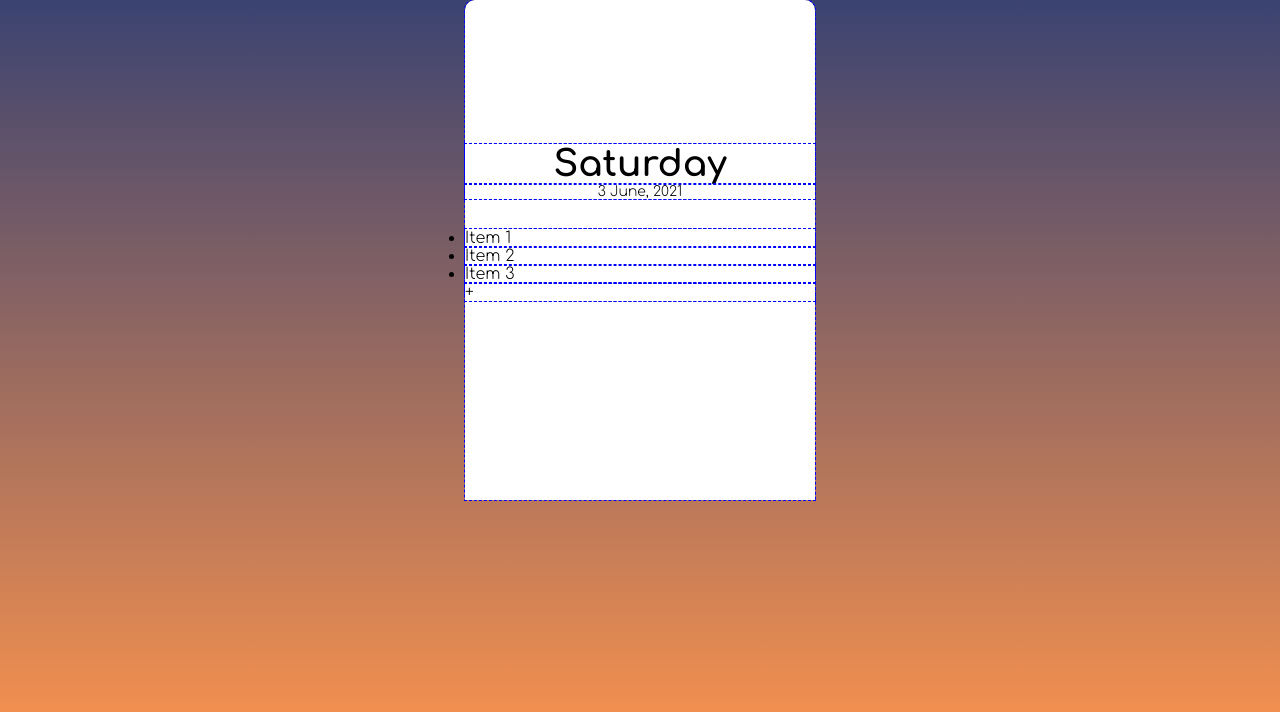
Repository: Colo-Codes/mini-projects
Page: todo-app/index.html
The author's editor kept a copy of each file at every save. The page is drawn from the files as they stood at one save, then again after the next save.
The browser window is 1280 px wide. The pictures show the whole page.

Above is the page before, as saved 2021-07-04 11:11:32.

### todo-app/index.html
<!DOCTYPE html>
<html lang="en">
    <head>
        <meta charset="UTF-8" />
        <meta http-equiv="X-UA-Compatible" content="IE=edge" />
        <meta name="viewport" content="width=device-width, initial-scale=1.0" />
        <link rel="stylesheet" href="./css/index.css" />
        <title>Mini-Project - ToDo app</title>
    </head>
    <body>
        <div class="changing-background">
            <main class="todo">
                <section id="todo--header">
                    <header>Saturday</header>
                    <p>3 June, 2021</p>
                </section>
                <section id="todo--tasks-list">
                    <ul>
                        <li class="todo--tasks-list--item">Item 1</li>
                        <li class="todo--tasks-list--item">Item 2</li>
                        <li class="todo--tasks-list--item">Item 3</li>
                    </ul>
                </section>
                <section id="todo--footer">
                    <p>+</p>
                </section>
            </main>
        </div>
    </body>
</html>

### todo-app/css/index.css
@import url('https://fonts.googleapis.com/css2?family=Comfortaa:wght@300;700&display=swap');

/* Initial reset */

html {
    box-sizing: border-box;
    font-size: 16px;
}

*,
*:before,
*:after {
    box-sizing: inherit;
    margin: 0;
    padding: 0;
    outline: 1px dashed blue; /* Debugging purposes */
}

body {
    font-family: 'Comfortaa', cursive;
}

.changing-background {
    height: 100vh;
    background: #f3904f; /* fallback for old browsers */
    background: -webkit-linear-gradient(
        to bottom,
        #3b4371,
        #f3904f
    ); /* Chrome 10-25, Safari 5.1-6 */
    background: linear-gradient(
        to bottom,
        #3b4371,
        #f3904f
    ); /* W3C, IE 10+/ Edge, Firefox 16+, Chrome 26+, Opera 12+, Safari 7+ */
}

.todo {
    margin: auto;
    padding-top: 20vh;
    width: 350px;
    height: 500px;
    background-color: white;
    border-radius: 10px 10px 0 0;
}

#todo--header header {
    font-size: 2.25rem;
    font-weight: 700;
    text-align: center;
}

#todo--header p {
    font-size: 0.875rem;
    text-align: center;
}

#todo--tasks-list {
    margin-top: 1.875rem;
}

After the next save:
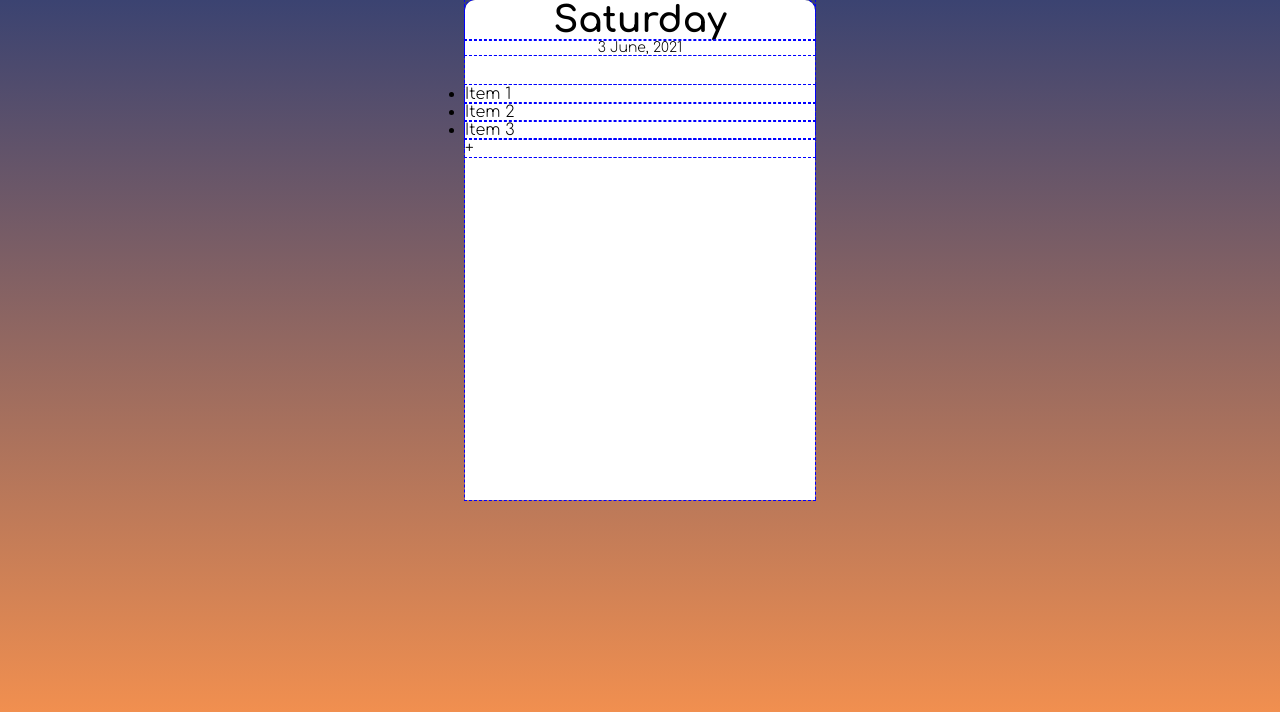
Saved 23 s later.
--- a/todo-app/css/index.css
+++ b/todo-app/css/index.css
@@ -22,6 +22,7 @@ body {
 
 .changing-background {
     height: 100vh;
+    margin-top: -20vh;
     background: #f3904f; /* fallback for old browsers */
     background: -webkit-linear-gradient(
         to bottom,
@@ -37,7 +38,7 @@ body {
 
 .todo {
     margin: auto;
-    padding-top: 20vh;
+    margin-top: 20vh;
     width: 350px;
     height: 500px;
     background-color: white;
